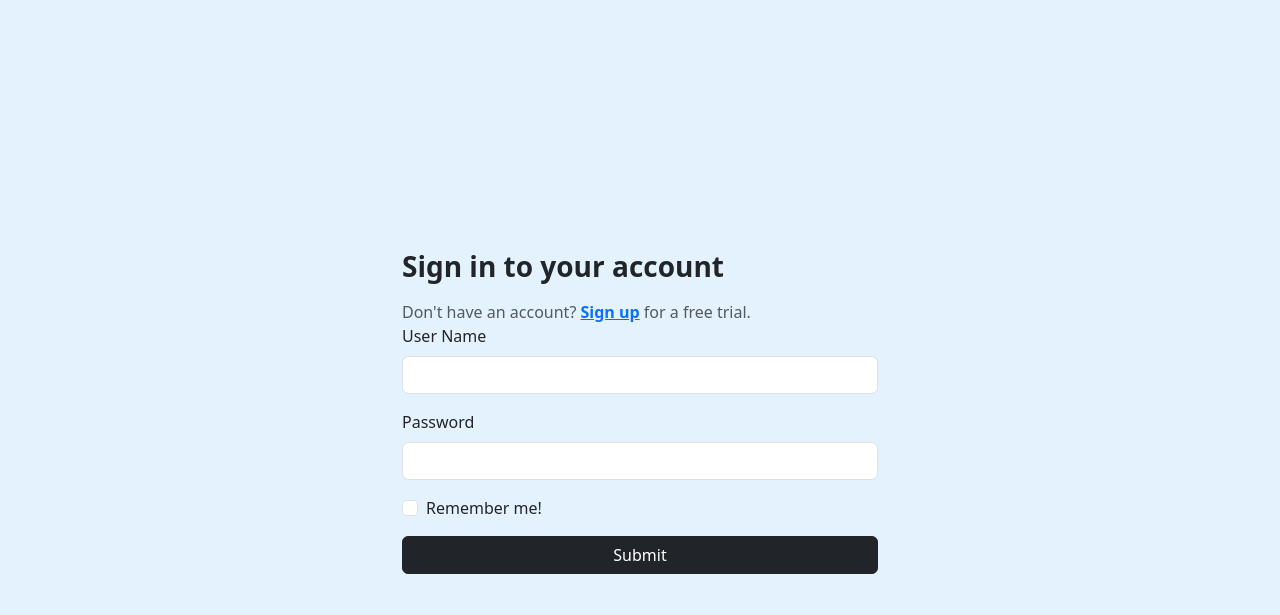
Repository: tranhuuan1703/BaiTapServlet
Page: http://localhost/bai_tap_jsp_servlet/loginPageController
These files come from the project's save history. The page is drawn as it stood at one moment and after the next save; the edit follows.
The browser window is 1280 px wide. The pictures show the whole page.
The page is served by Tomcat 9. Other server files are loaded and not shown.

Above is the page before, as saved 2024-08-14 06:41:33.

### bai_tap_jsp_servlet/bai_tap_jsp_servlet/src/main/webapp/views/login.jsp
<%@ page language="java" contentType="text/html; charset=UTF-8"
    pageEncoding="UTF-8"%>


<%@ taglib prefix = "c" uri = "http://java.sun.com/jsp/jstl/core" %>
<!DOCTYPE html>
<html>
<head>
<meta charset="UTF-8">
<title>Insert title here</title>
<link href="https://cdn.jsdelivr.net/npm/bootstrap@5.3.3/dist/css/bootstrap.min.css"
		rel="stylesheet"
		integrity="sha384-QWTKZyjpPEjISv5WaRU9OFeRpok6YctnYmDr5pNlyT2bRjXh0JMhjY6hW+ALEwIH"
		crossorigin="anonymous">
<link href="<c:url value="/css/base.css"/>" rel="stylesheet" type="text/css" />
<script src="https://cdn.jsdelivr.net/npm/bootstrap@5.3.3/dist/js/bootstrap.bundle.min.js"
		integrity="sha384-YvpcrYf0tY3lHB60NNkmXc5s9fDVZLESaAA55NDzOxhy9GkcIdslK1eN7N6jIeHz"
		crossorigin="anonymous"></script>
<script src="https://ajax.googleapis.com/ajax/libs/jquery/1.12.0/jquery.min.js"></script>
</head>

<body>

	<%

		String userNameError = request.getAttribute("message_userName")+"";
		String passWordError = request.getAttribute("message_passWord")+"";

		String userName = request.getAttribute("userName")+"";
		String passWord = request.getAttribute("passWord")+"";

		userNameError = (!userNameError.equals("null"))? userNameError: "";
		passWordError = (!passWordError.equals("null"))? passWordError: "";

		userName = (!userName.equals("null"))? userName: "";
		passWord = (!passWord.equals("null"))? passWord: "";


	%>



	<div class="container" style="margin-top:250px; width:500px">
		 <div class="w-md-50 mx-auto px-10 px-md-0 py-10">

		 	<div class="mb-10">
                <a class="d-inline-block d-lg-none mb-10" href="/pages/dashboard.html">
                    <img src="../../img/logos/logo-dark.svg" class="h-rem-10" alt="...">
                </a>
                <h1 class="ls-tight fw-bolder h3">Sign in to your account</h1>
                <div class="mt-3 text-sm text-muted"><span>Don't have an account?</span>
                    <a href="/pages/register.html" class="fw-semibold">Sign up</a> for a free trial.
                </div>
            </div>


		<form action="login" method="post">
		  <!-- message div-->
		  <div class="mb-3">
		    <label for="exampleInputEmail1" class="form-label">User Name</label>
		    <input type="text" class="form-control" id="exampleInputEmail1" aria-describedby="emailHelp" name="email" value="<%= userName %>" required>
		    <span class="rq"><%= userNameError %></span>

		  </div>

		  <div class="mb-3">
		    <label for="exampleInputPassword1" class="form-label">Password</label>
		    <input type="password" class="form-control" id="exampleInputPassword1" name="password" value="<%= passWord %>" required>
		    <span class="rq"><%= passWordError %></span>
		  </div>

		  <div class="mb-3 form-check">
		    <input type="checkbox" class="form-check-input" id="exampleCheck1" name="rememberMe">
		    <label class="form-check-label" for="exampleCheck1" >Remember me!</label>
		  </div>
		  <div class="grid text-center">
		  	<button type="submit" class="btn btn-dark w-100">Submit</button>
		  </div>

		</form>


		 </div>


	</div>



</body>

</html>

### bai_tap_jsp_servlet/bai_tap_jsp_servlet/src/main/java/controller/loginPageController.java
package controller;

import java.io.IOException;
import java.sql.ResultSet;

import javax.servlet.ServletException;
import javax.servlet.annotation.WebServlet;
import javax.servlet.http.Cookie;
import javax.servlet.http.HttpServlet;
import javax.servlet.http.HttpServletRequest;
import javax.servlet.http.HttpServletResponse;
import javax.servlet.http.HttpSession;

import dao.loginDao;
import entity.Admin;

/**
 * Servlet implementation class loginPageController
 */
@WebServlet("/loginPageController")
public class loginPageController extends HttpServlet {
	private static final long serialVersionUID = 1L;

    /**
     * @see HttpServlet#HttpServlet()
     */
    public loginPageController() {
        super();
        // TODO Auto-generated constructor stub
    }

	/**
	 * @see HttpServlet#doGet(HttpServletRequest request, HttpServletResponse response)
	 */
	protected void doGet(HttpServletRequest request, HttpServletResponse response) throws ServletException, IOException {
		// TODO Auto-generated method stub
		Cookie[] cookies = request.getCookies();
		HttpSession session =  request.getSession();

		// lay parameters. Neu khong co cookie thi lay input gia tri trong input
		String useName = null;
		String passWord = null;

		if (cookies != null) {

			// loop de chon gia tri trong name cookie va gia tri trong password cookie
			for (Cookie cookie : cookies) {
                if (cookie.getName().equals("useName")) {
                    useName = cookie.getValue();
                }
                if (cookie.getName().equals("PassWord")) {
                    passWord = cookie.getValue();
                }
			}
		}


		if (useName != null && passWord != null) {
			loginDao lg = new loginDao();										// khoi tao su object Dao de xu ly login
			Admin admin = new Admin(useName, passWord);
			ResultSet check = lg.login(admin.getEmail(), admin.getPassWord()); // kiem tra gia tai khoan email va password co nam trong database login

			try {
				if(check.next()) {

					// lay thong tin da truy van fullnam, emaill, password
					String emailAccount = check.getString("emailadress");
					String passWordAccount = check.getString("userPassword");
					String nameAccount = check.getString("fullName");


					// so sanh email va pass word co dung hoan toan hay khong
					if (admin.getEmail().equals(emailAccount) && admin.getPassWord().equals(passWordAccount)) {

						admin.setFullName(nameAccount);
						// tao session
						session.setAttribute("accountAdmin", admin);
						// redirect den trang hom
						response.sendRedirect("home?page=1");

					}
				}
			}catch(Exception e) {
				e.printStackTrace();
			}
		}else {
			request.setAttribute("userName", useName);
			request.setAttribute("passWord", passWord);

			// forward den trang login
			request.getRequestDispatcher("/views/login.jsp").forward(request, response);
		}
		}


//	}

	/**
	 * @see HttpServlet#doPost(HttpServletRequest request, HttpServletResponse response)
	 */
	protected void doPost(HttpServletRequest request, HttpServletResponse response) throws ServletException, IOException {
		// TODO Auto-generated method stub
		doGet(request, response);
	}

}

### bai_tap_jsp_servlet/bai_tap_jsp_servlet/src/main/webapp/css/base.css
@charset "UTF-8";



	/* styles.css */

body{
	background-color: #e3f2fd;
}

/* Phong cách cơ bản của popup */
.popup {
    display: none; /* Ẩn popup mặc định */
    position: fixed;
    z-index: 1;
    left: 0;
    top: 0;
    width: 100%;
    height: 100%;
    overflow: auto;
    background-color: rgba(0, 0, 0, 0.5); /* Màu nền mờ */
}

/* Nội dung của popup */
.popup-content {
    background-color: white;
    margin: 15% auto; /* Căn giữa */
    padding: 20px;
    border: 1px solid #888;
    width: 80%;
    max-width: 700px; /* Giới hạn chiều rộng */
}

/* Nút đóng popup */
.close-btn {
    color: #aaa;
    float: right;
    font-size: 28px;
    font-weight: bold;
}

.close-btn:hover,
.close-btn:focus {
    color: black;
    text-decoration: none;
    cursor: pointer;
}


.intro {
  height: 100%;
}

table td,
table th {
  text-overflow: ellipsis;
  white-space: nowrap;
  overflow: hidden;
}

thead th {
  color: #fff;
}

.card {
  border-radius: .5rem;
}

.table-scroll {
  border-radius: .5rem;
}

.table-scroll table thead th {
  font-size: 1.25rem;
}
thead {
  top: 0;
  position: sticky;
}

/* bao loi */
.rq{
		color: red;
	}

After the next save:
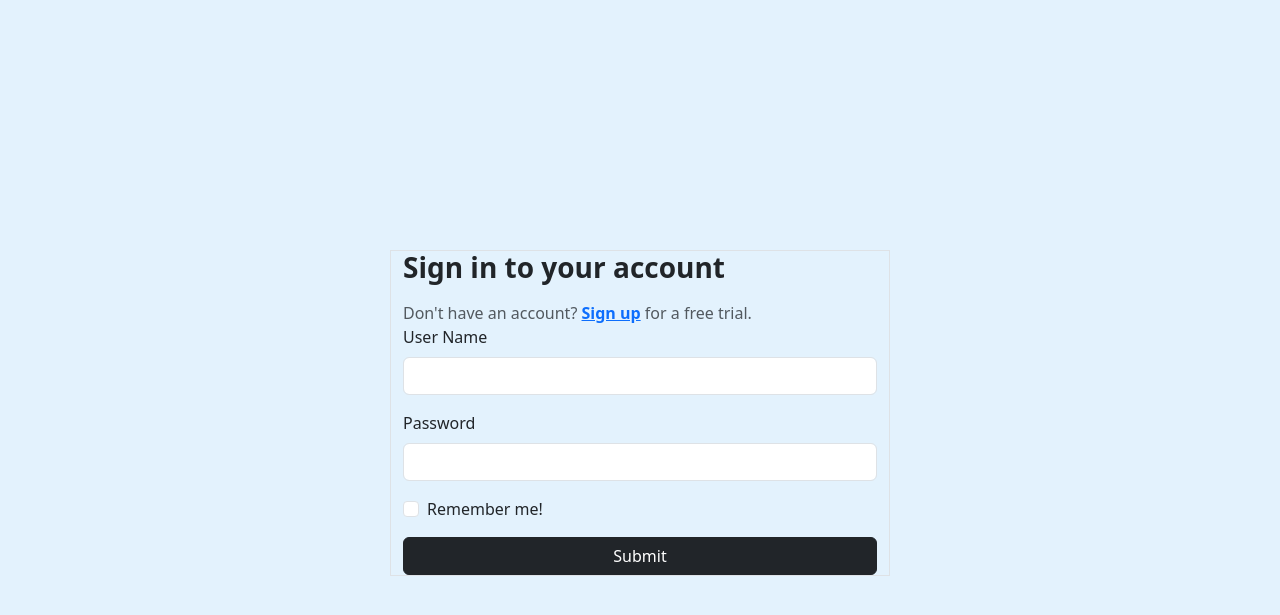
Saved 61 s later.
--- a/bai_tap_jsp_servlet/bai_tap_jsp_servlet/src/main/webapp/views/login.jsp
+++ b/bai_tap_jsp_servlet/bai_tap_jsp_servlet/src/main/webapp/views/login.jsp
@@ -40,7 +40,7 @@
 
 
 
-	<div class="container" style="margin-top:250px; width:500px">
+	<div class="container border" style="margin-top:250px; width:500px; border">
 		 <div class="w-md-50 mx-auto px-10 px-md-0 py-10">
 
 		 	<div class="mb-10">
